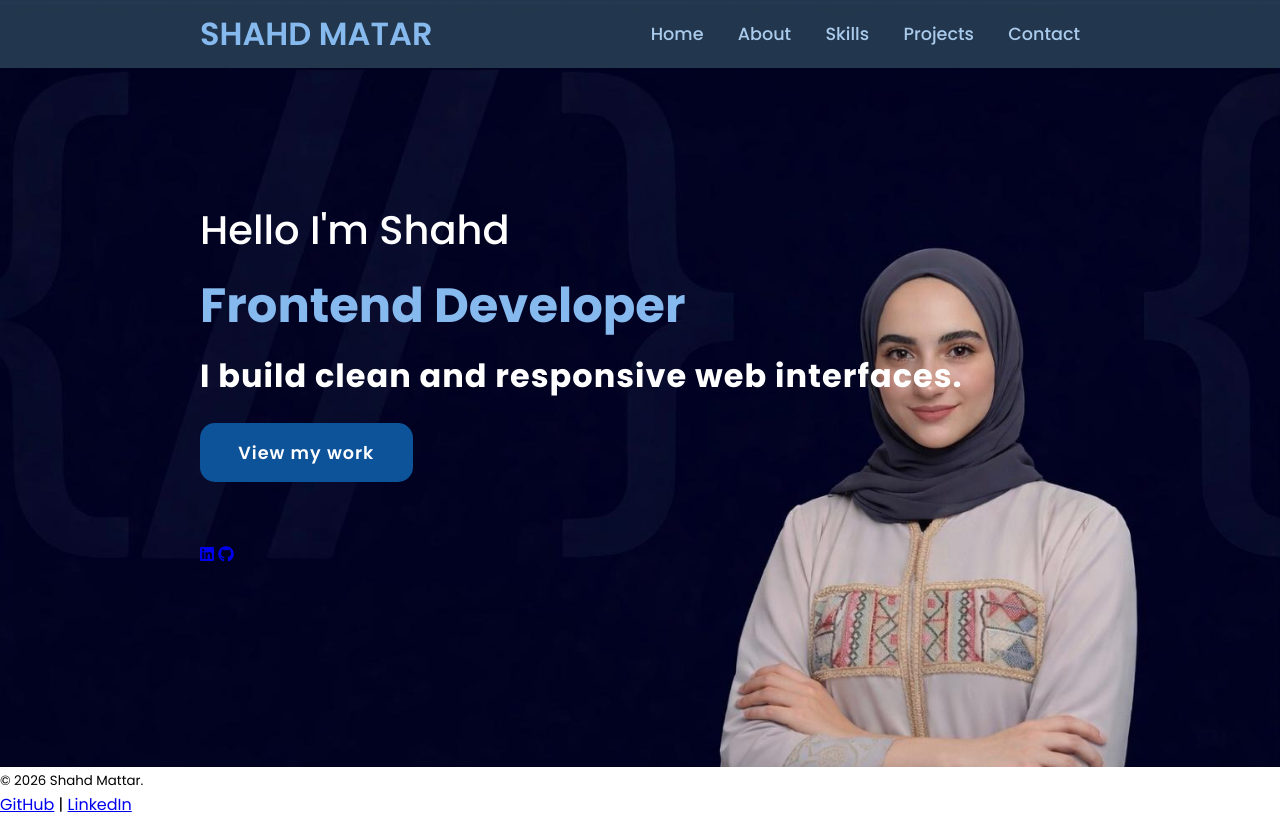
Repository: shahdmattar/personal-landing-page
Page: index.html
The author's editor kept a copy of each file at every save. The page is drawn from the files as they stood at one save, then again after a run of saves.
The browser window is 1280 px wide. The pictures show the whole page.
Backgrounds fixed to the window are drawn as part of the page.

Above is the page before, as saved 2026-04-15 12:02:24.

### index.html
<!doctype html>
<html lang="en">
  <head>
    <meta charset="UTF-8" />
    <meta name="viewport" content="width=device-width, initial-scale=1.0" />
    <title>Shahd Matar | Personal Landing Page</title>
    <meta
      name="description"
      content="Personal landing page of Shahd Matar, Computer Engineering student and frontend learner."
    />
    <link
      rel="stylesheet"
      href="https://cdnjs.cloudflare.com/ajax/libs/font-awesome/6.0.0/css/all.min.css"
    />
    <link rel="stylesheet" href="style.css" />
    <!-- <link rel="stylesheet" href="test.css"> -->
  </head>

  <body>
    <header>
      <a href="#" class="logo">Shahd Matar</a>
      <nav class="navgation">
        <a href="#hero">Home</a>
        <a href="#about">About</a>
        <a href="#skills">Skills</a>
        <a href="#projects">Projects</a>
        <a href="#contact">Contact</a>
      </nav>
    </header>


      <section class="main">
        <div>
          <h2>Hello I'm Shahd<br> <span>Frontend Developer</span></h2>
          <h3>I build clean and responsive web interfaces.</h3>
          <a href="#projects" class="main-btn">View my work</a>
          <div class="social-icons">
            <a href="https://www.linkedin.com/in/shahd-matar-957608368"><i class="fab fa-linkedin"></i></a>
            <a href="https://github.com/shahdmattar"><i class="fab fa-github"></i></a>
          </div>
        </div>
      </section>


    <!-- Footer -->
    <footer>
      <p><small> &copy; 2026 Shahd Mattar.</small></p>
      <p>
        <a
          href="https://github.com/shahdmattar"
          target="_blank"
          rel="noopener noreferrer"
          >GitHub</a
        >
        |
        <a
          href="https://www.linkedin.com/in/shahd-matar-957608368"
          target="_blank"
          rel="noopener noreferrer"
          >LinkedIn</a
        >
      </p>
    </footer>
  </body>
</html>

### style.css
@import url('https://fonts.googleapis.com/css2?family=Dancing+Script:wght@400..700&family=Poppins:ital,wght@0,100;0,200;0,300;0,400;0,500;0,600;0,700;0,800;0,900;1,100;1,200;1,300;1,400;1,500;1,600;1,700;1,800;1,900&display=swap');

* {
  font-family:"Poppins", sans-serif;
  margin: 0;
  padding: 0;
  box-sizing: border-box;
  scroll-behavior:smooth;
}

header{
  width:100%;
  background-color:rgba(49, 76, 97, 0.709);
  position:fixed;
  display:flex;
  justify-content: space-between;
  align-items:center;
  z-index: 999;
  padding:10px 200px;
}

.logo{
  text-decoration:none;
  text-transform:uppercase;
  color:#86b9ed;
  font-size:2rem;
  font-weight:600;
}

.navgation a{
  color:#abcbec;
  text-decoration:none;
  font-size:1.1rem;
  font-weight:500;
  padding-left:30px;
}

.navgation a:hover{
  color:#2e6fab;
  font-size:1.15rem;
  /* font-weight:600; */
}

section{
   padding:200px 200px;
}
.main{
  width:100%;
  min-height:100vh;
  display:flex;
  align-items:center;
  background:url(images/back.jpeg);
  background-repeat:no-repeat;
  background-size:cover;
  background-position:center;
  background-attachment: fixed;
}

.main h2{
  color:#fff;
  font-size:2.5rem;
  font-weight:500;
}

.main h2 span{
  display:inline-block;
  margin-top: 10px;
  color:#86b9ed;
  font-size:3rem;
  font-weight:700;
}

.main h3 {
  margin-top: 10px;
  margin-bottom:3px;
  color:#fff;
  font-size:2rem;
  font-weight:700;
  letter-spacing:1px;
}

.main-btn{
  color:#fff;
  background-color:#0d5399;
  text-decoration:none;
  font-size:1.1rem;
  font-weight:600;
  display:inline-block;
  padding:0.9375em 2.178em;
  letter-spacing:1px;
  border-radius:15px;
  margin-top: 20px;
  margin-bottom: 40px;
}

.main .social-icons{
  margin-top: 20px;
}

After the next 2 saves:
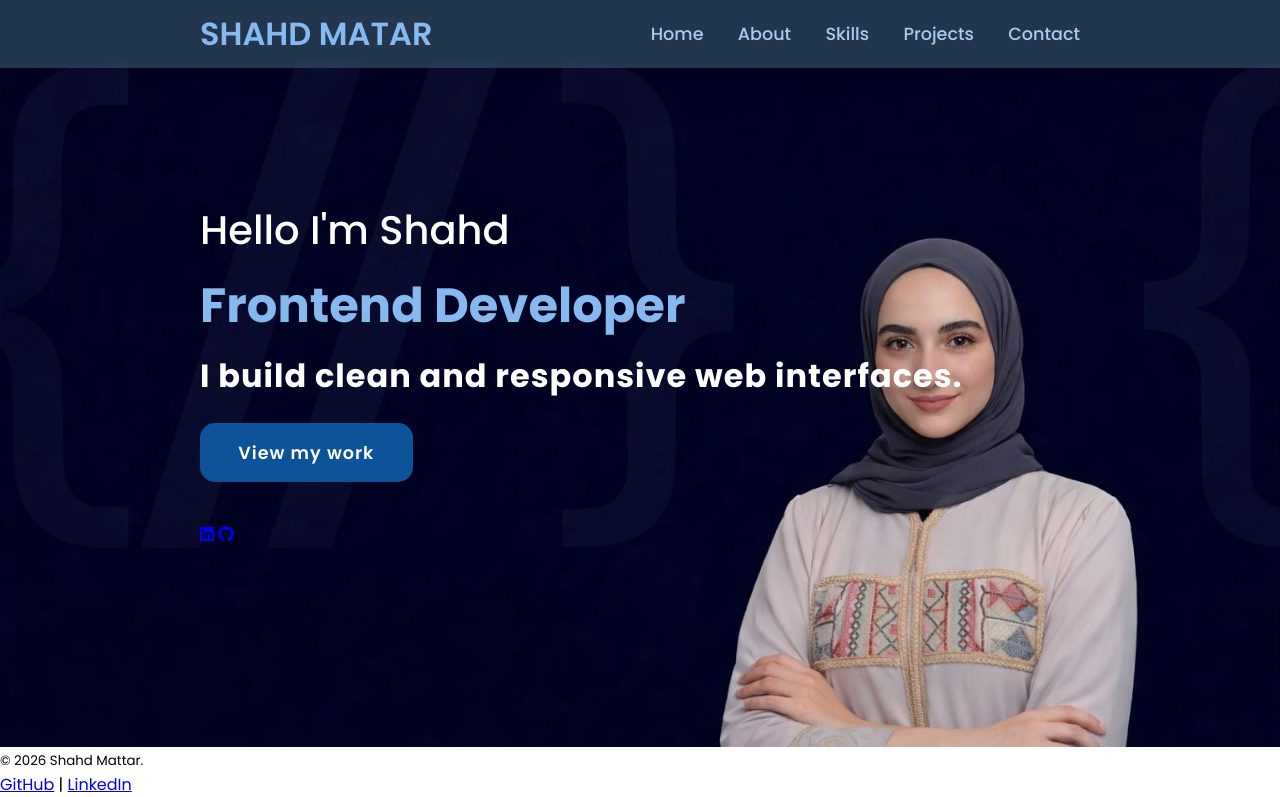
The 2 saves are shown as one change because they came seconds apart.
The last was saved 9 s later.
--- a/style.css
+++ b/style.css
@@ -92,7 +92,7 @@
   margin-top: 20px;
   margin-bottom: 40px;
 }
-
+.main-btn:
 .main .social-icons{
   margin-top: 20px;
 }

After the save that followed:
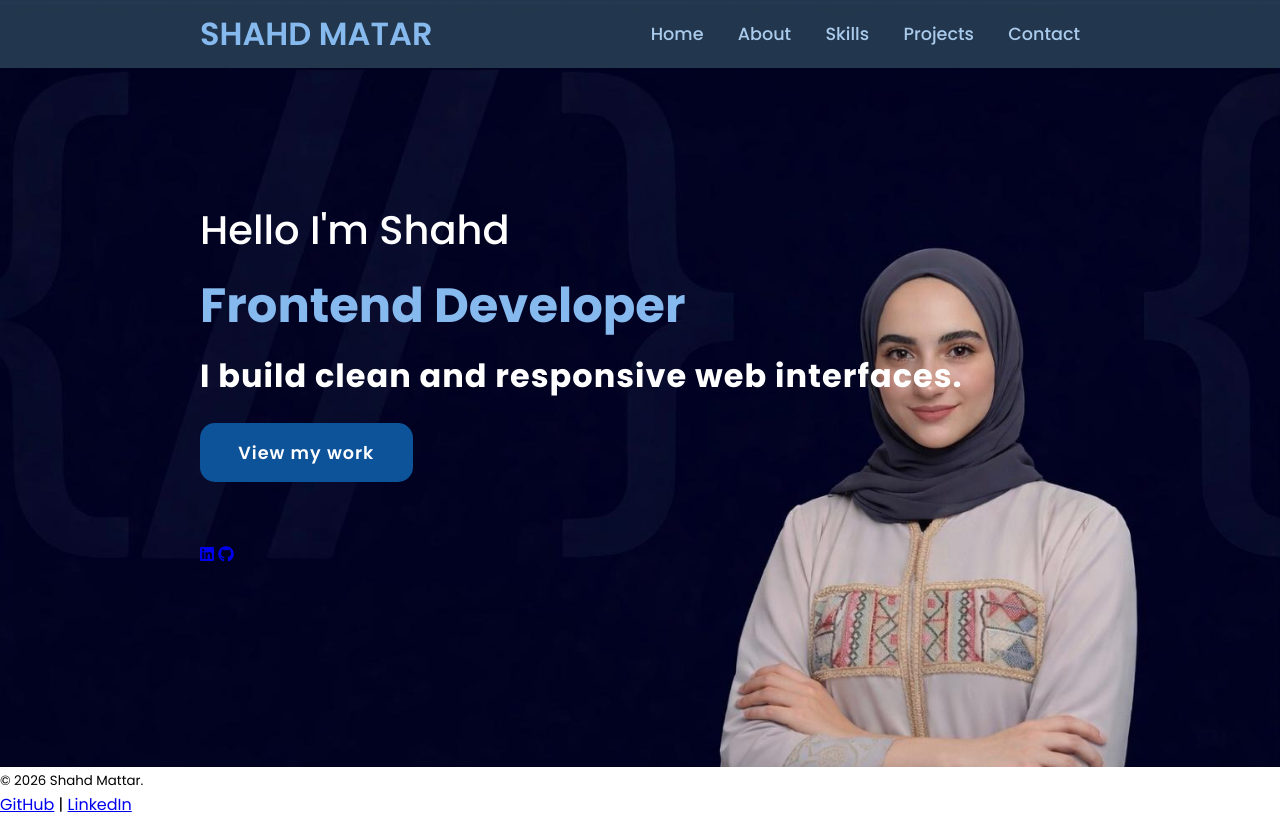
Saved 4 s later.
--- a/style.css
+++ b/style.css
@@ -92,7 +92,9 @@
   margin-top: 20px;
   margin-bottom: 40px;
 }
-.main-btn:
+.main-btn:hover{
+
+}
 .main .social-icons{
   margin-top: 20px;
 }
